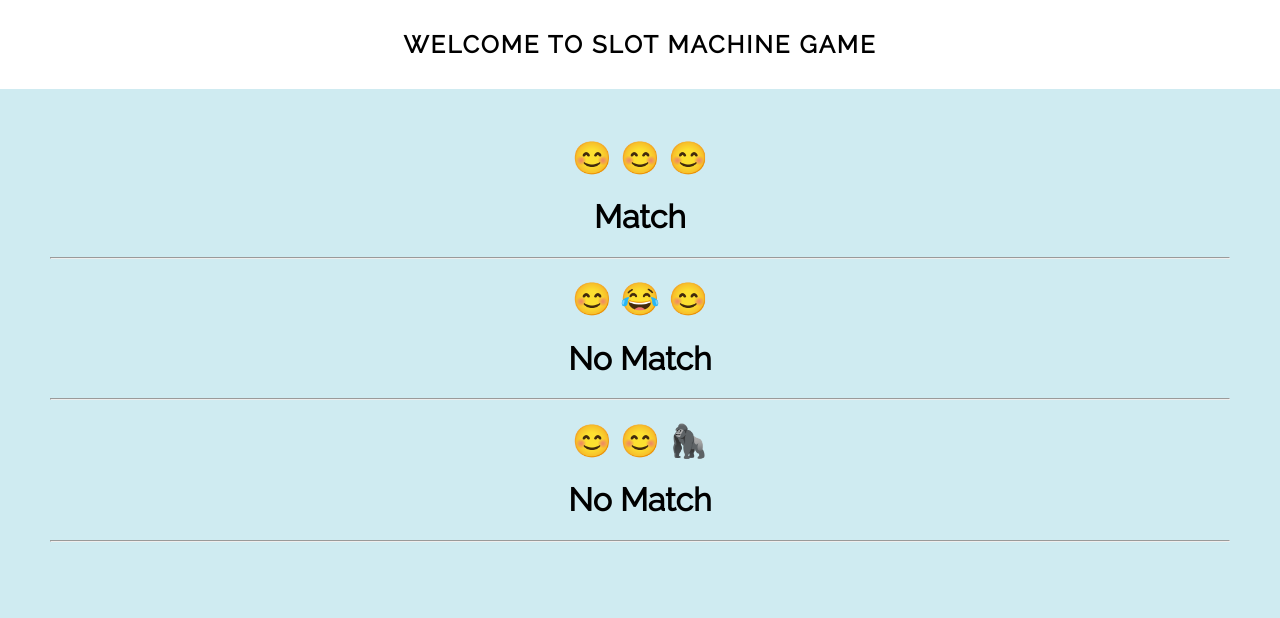
Repository: duggallakshya/slotMachineReact
Page: /
These files come from the project's save history. The page is drawn as it stood at one moment and after the next save; the edit follows.
The browser window is 1280 px wide. The pictures show the whole page.
The project was rebuilt for these pictures with package versions that can differ from the ones it lists, and the page was loaded fresh each time.

Above is the page before, as saved 2022-03-23 00:35:54.

After the next save:
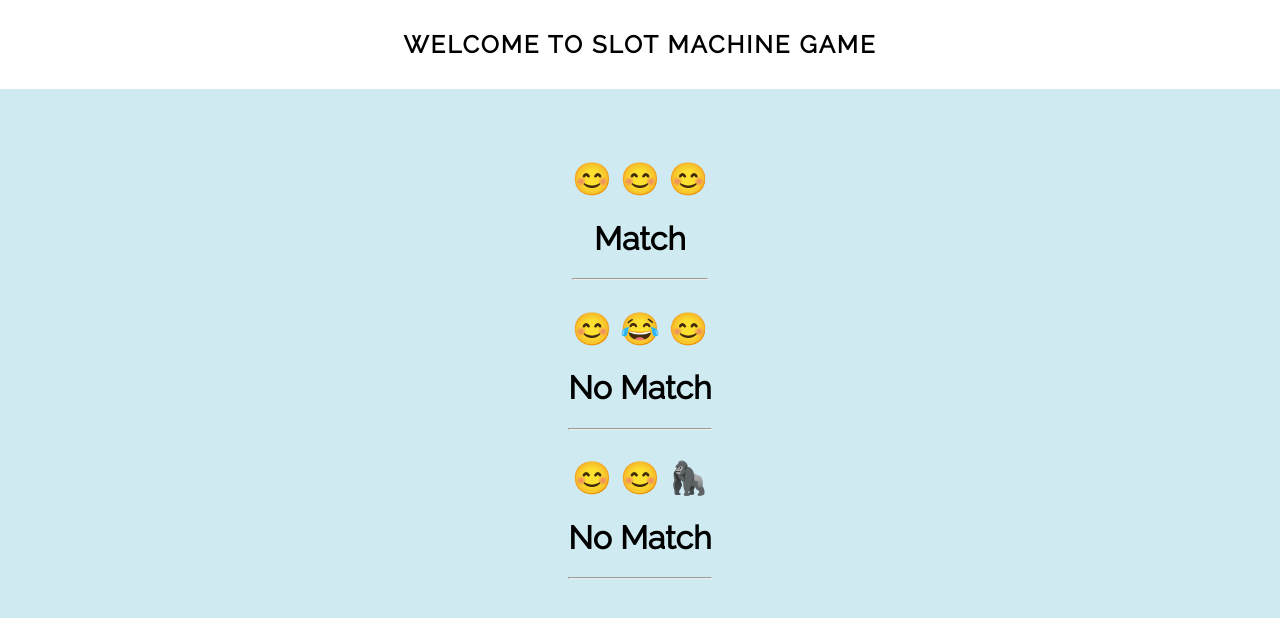
Saved 88 s later.
--- a/src/index.css
+++ b/src/index.css
@@ -26,7 +26,7 @@ body{
   font-family: 'Raleway', sans-serif ;
 }
 .main-div{
-  display: flexbox;
+  display: flex;
   flex-direction: column;
   height: auto;
   justify-content: center;
